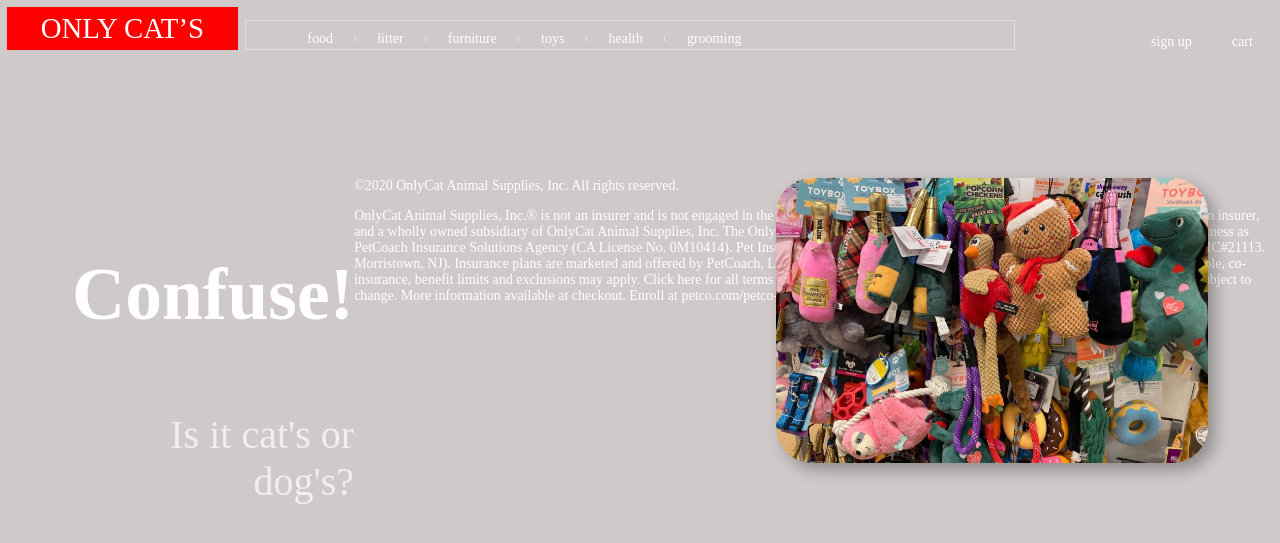
Repository: itson1115/chan_git
Page: cat/index2.html
The author's editor kept a copy of each file at every save. The page is drawn from the files as they stood at one save, then again after a run of saves.
The browser window is 1280 px wide. The pictures show the whole page.

Above is the page before, as saved 2021-09-02 04:36:08.

### cat/index2.html
<!DOCTYPE html>
<html lang="ko">
<head>
  <meta charset="UTF-8">
  <meta http-equiv="X-UA-Compatible" content="IE=edge">
  <meta name="viewport" content="width=device-width, initial-scale=1.0">
  <title>Document</title>
  <link rel="stylesheet" href="css/style2.css">
</head>
<body>
  <header>
    <div class="logo">ONLY CAT’S</div>
    <div class="navi">
      <nav>
        <ul>
          <li>food</li>
          <li>litter</li>
          <li>furniture</li>
          <li>toys</li>
          <li>health</li>
          <li>grooming</li>
        </ul>
      </nav>
    </div>
    <div class="my">
      <span>sign up</span><span>cart</span>
    </div>
  </header>
  <section class="container">
    <article class="confuse">
      <div class="article-body">
        <h1>Confuse!</h1>
        <p>Is it cat's or<br/>dog's?</p>
      </div>
      <div class="article-image">
        <img src="images/toys.jpg"/>
      </div>
    </article>
  </section>
  <section class="bottom">
    <p>©2020 OnlyCat Animal Supplies, Inc. All rights reserved.</p>

     <p>OnlyCat Animal Supplies, Inc.® is not an insurer and is not engaged in the business of insurance. PetCoach, LLC is a licensed insurance producer, not an insurer, and a wholly owned subsidiary of OnlyCat Animal Supplies, Inc. The OnlyCat name is used for the brand name. In California, PetCoach, LLC does business as PetCoach Insurance Solutions Agency (CA License No. 0M10414).

      Pet Insurance plans are underwritten by United States Fire Insurance Company (NAIC#21113. Morristown, NJ). Insurance plans are marketed and offered by PetCoach, LLC.

      Pre-existing conditions are not covered. Waiting periods, annual deductible, co-insurance, benefit limits and exclusions may apply. Click here for all terms and conditions. Products, schedules, discounts, and rates may vary and are subject to change. More information available at checkout. Enroll at petco.com/petco-insurance.</p>
  </section>
</body>
</html>

### cat/css/style2.css
@import url("https://fonts.googleapis.com/css?family=Roboto:700");

:root {
  --title-text-show-delay: 0.5s;
  --title-text-show-duration: 0.5s;
  --title-rect-show-duration: 0.3s;
  --title-cats-show-duration: 0.4s;
  --title-rect-hide-delay: 2s;
}

body {
  margin: 0;
  padding: 0;
  background: #cfc9c9;
  color: white;
  font-size: 14px;
}

header {
  position: relative;
  height: 7vmin;
}

h1 {
  font-size: 4.6rem;
}

header .logo {
  margin: 1vmin 1vmin;
  float: left;
  width: 18vmax;
  height: 6vmin;
  background: red;
  text-align: center;
  font-size: 1.8rem;
  line-height: 6vmin;
}

header .navi {
  position: absolute;
  bottom: 0;
  border: 1px solid #dedede;
  display: inline-block;
  width: 60vmax;
  height: 4vmin;
  float: left;
}

header nav {
  text-align: center;
  line-height: 1vmin;
}

header nav ul {
  list-style-type: none;
  /* padding-left: 0; */
}

header nav li {
  float: left;
  padding: 0 3vmin;
  border-right: 1px solid #dedede;
}

header nav li:nth-last-child(1) {
  border-right: none;
}

header nav li:hover {
  color: #000;
  cursor: grab;
}

header::after {
  display: block;
  content: "";
  clear: both;
}

header .my {
  position: absolute;
  right: 1vmin;
  bottom: 0;
  display: inline-block;
}

header .my span {
  padding: 0 20px;
}

section.container {
  position: relative;
  margin-top: 10vmax;
  background: grey;
}

.article-body {
  margin-left: 10vmin;
  text-align: right;
}

.article-body > p {
  font-size: 2.5rem;
  color: #f3eded;
}

.article-image {
  position: absolute;
  right: 10vmin;
}

.article-image > img {
  width: 60vmin;
  margin-left: 5vmin;
  border-radius: 5vmin;
  filter: drop-shadow(1vmin 1vmin 1vmin rgba(0, 0, 0, 0.3));
}

.article-body {
  float: left;
}

After the next 4 saves:
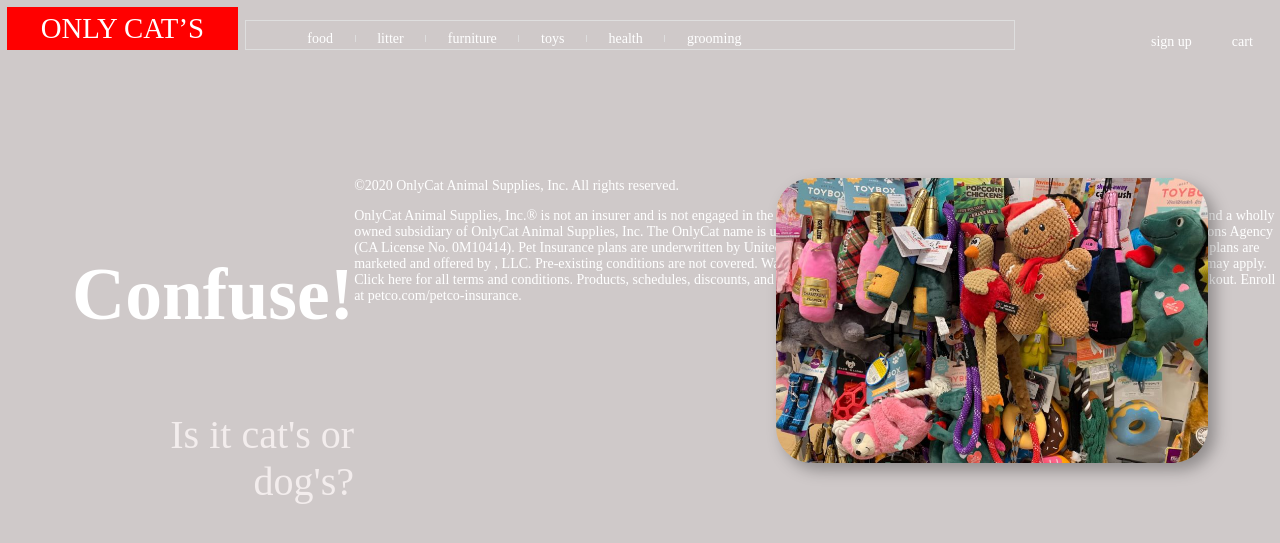
The 4 saves are shown as one change because they came seconds apart.
The last was saved 18 s later.
--- a/cat/index2.html
+++ b/cat/index2.html
@@ -40,9 +40,9 @@
   <section class="bottom">
     <p>©2020 OnlyCat Animal Supplies, Inc. All rights reserved.</p>
 
-     <p>OnlyCat Animal Supplies, Inc.® is not an insurer and is not engaged in the business of insurance. PetCoach, LLC is a licensed insurance producer, not an insurer, and a wholly owned subsidiary of OnlyCat Animal Supplies, Inc. The OnlyCat name is used for the brand name. In California, PetCoach, LLC does business as PetCoach Insurance Solutions Agency (CA License No. 0M10414).
+     <p>OnlyCat Animal Supplies, Inc.® is not an insurer and is not engaged in the business of insurance. LLC is a licensed insurance producer, not an insurer, and a wholly owned subsidiary of OnlyCat Animal Supplies, Inc. The OnlyCat name is used for the brand name. In California,  LLC does business as Insurance Solutions Agency (CA License No. 0M10414).
 
-      Pet Insurance plans are underwritten by United States Fire Insurance Company (NAIC#21113. Morristown, NJ). Insurance plans are marketed and offered by PetCoach, LLC.
+      Pet Insurance plans are underwritten by United States Fire Insurance Company (NAIC#21113. Morristown, NJ). Insurance plans are marketed and offered by , LLC.
 
       Pre-existing conditions are not covered. Waiting periods, annual deductible, co-insurance, benefit limits and exclusions may apply. Click here for all terms and conditions. Products, schedules, discounts, and rates may vary and are subject to change. More information available at checkout. Enroll at petco.com/petco-insurance.</p>
   </section>
